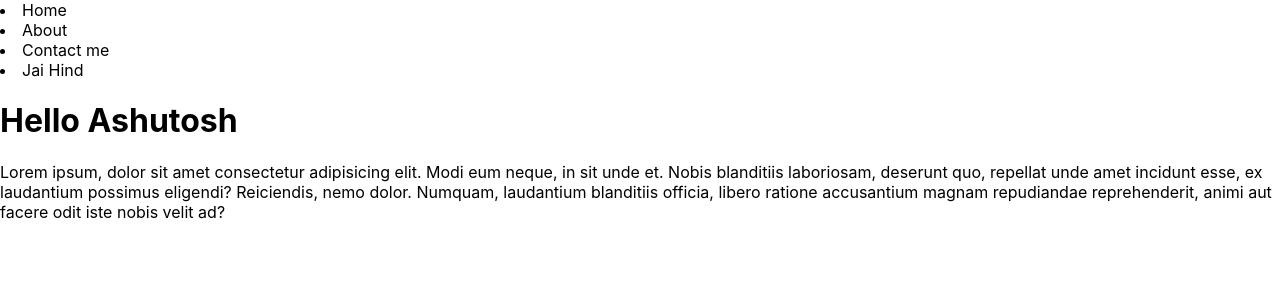
Repository: ASHUTOSH30LUV/news
Page: /
These files come from the project's save history. The page is drawn as it stood at one moment and after the next save; the edit follows.
The browser window is 1280 px wide. The pictures show the whole page.
The project was rebuilt for these pictures with package versions that can differ from the ones it lists, and the page was loaded fresh each time. Also part of the build but not shown: src/App.css.

Above is the page before, as saved 2024-07-27 17:39:31.

### public/index.html
<!DOCTYPE html>
<html lang="en">
  <head>
    <meta charset="utf-8" />
    <link rel="icon" href="%PUBLIC_URL%/favicon.ico" />
    <meta name="viewport" content="width=device-width, initial-scale=1" />
    <meta name="theme-color" content="#000000" />
    <meta
      name="description"
      content="Web site created using create-react-app"
    />
    <link rel="apple-touch-icon" href="%PUBLIC_URL%/logo192.png" />
    <!--
      manifest.json provides metadata used when your web app is installed on a
      user's mobile device or desktop. See https://developers.google.com/web/fundamentals/web-app-manifest/
    -->
    <link rel="manifest" href="%PUBLIC_URL%/manifest.json" />
    <!--
      Notice the use of %PUBLIC_URL% in the tags above.
      It will be replaced with the URL of the `public` folder during the build.
      Only files inside the `public` folder can be referenced from the HTML.

      Unlike "/favicon.ico" or "favicon.ico", "%PUBLIC_URL%/favicon.ico" will
      work correctly both with client-side routing and a non-root public URL.
      Learn how to configure a non-root public URL by running `npm run build`.
    -->
    <title>React App</title>
  </head>
  <body>
    <noscript>You need to enable JavaScript to run this app.</noscript>
    <div id="root"></div>
    <!--
      This HTML file is a template.
      If you open it directly in the browser, you will see an empty page.

      You can add webfonts, meta tags, or analytics to this file.
      The build step will place the bundled scripts into the <body> tag.

      To begin the development, run `npm start` or `yarn start`.
      To create a production bundle, use `npm run build` or `yarn build`.
    -->
  </body>
  <script src="https://cdn.jsdelivr.net/npm/bootstrap@5.3.3/dist/js/bootstrap.bundle.min.js" integrity="sha384-YvpcrYf0tY3lHB60NNkmXc5s9fDVZLESaAA55NDzOxhy9GkcIdslK1eN7N6jIeHz" crossorigin="anonymous"></script>
</html>

### src/App.js
// import logo from './logo.svg';
import './App.css';

let name = "Ashutosh";
function App() {
  return (
    <>
    <nav>
      <li>Home</li>
      <li>About</li>
      <li>Contact me</li>
      <li>Jai Hind</li>
    </nav>
    <div className="container">
      <h1>Hello {name}</h1>
      <p>Lorem ipsum, dolor sit amet consectetur adipisicing elit. Modi eum neque, in sit unde et. Nobis blanditiis laboriosam, deserunt quo, repellat unde amet incidunt esse, ex laudantium possimus eligendi? Reiciendis, nemo dolor. Numquam, laudantium blanditiis officia, libero ratione accusantium magnam repudiandae reprehenderit, animi aut facere odit iste nobis velit ad?</p>
    </div>
    </>
  );
}

export default App;

Loaded but not shown: src/index.js (common file); src/index.css (common file); src/reportWebVitals.js (common file)

After the next save:
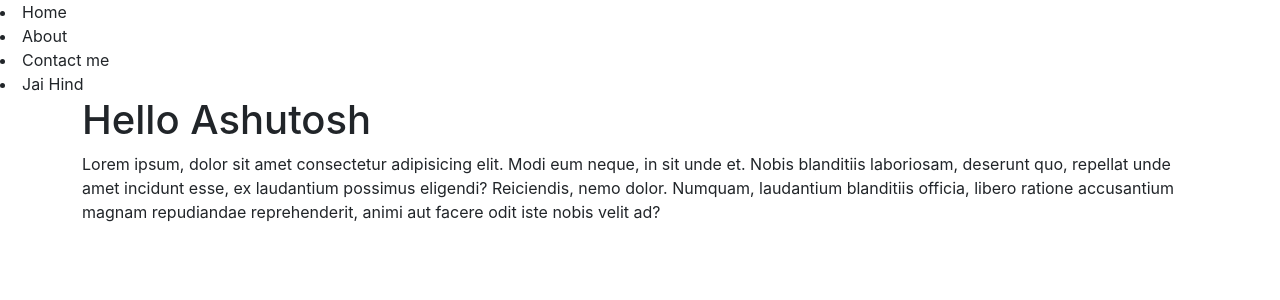
Saved 119 s later.
--- a/public/index.html
+++ b/public/index.html
@@ -10,35 +10,13 @@
       content="Web site created using create-react-app"
     />
     <link rel="apple-touch-icon" href="%PUBLIC_URL%/logo192.png" />
-    <!--
-      manifest.json provides metadata used when your web app is installed on a
-      user's mobile device or desktop. See https://developers.google.com/web/fundamentals/web-app-manifest/
-    -->
     <link rel="manifest" href="%PUBLIC_URL%/manifest.json" />
-    <!--
-      Notice the use of %PUBLIC_URL% in the tags above.
-      It will be replaced with the URL of the `public` folder during the build.
-      Only files inside the `public` folder can be referenced from the HTML.
-
-      Unlike "/favicon.ico" or "favicon.ico", "%PUBLIC_URL%/favicon.ico" will
-      work correctly both with client-side routing and a non-root public URL.
-      Learn how to configure a non-root public URL by running `npm run build`.
-    -->
+    <link href="https://cdn.jsdelivr.net/npm/bootstrap@5.3.3/dist/css/bootstrap.min.css" rel="stylesheet" integrity="sha384-QWTKZyjpPEjISv5WaRU9OFeRpok6YctnYmDr5pNlyT2bRjXh0JMhjY6hW+ALEwIH" crossorigin="anonymous">
     <title>React App</title>
   </head>
   <body>
     <noscript>You need to enable JavaScript to run this app.</noscript>
     <div id="root"></div>
-    <!--
-      This HTML file is a template.
-      If you open it directly in the browser, you will see an empty page.
-
-      You can add webfonts, meta tags, or analytics to this file.
-      The build step will place the bundled scripts into the <body> tag.
-
-      To begin the development, run `npm start` or `yarn start`.
-      To create a production bundle, use `npm run build` or `yarn build`.
-    -->
+    <script src="https://cdn.jsdelivr.net/npm/bootstrap@5.3.3/dist/js/bootstrap.bundle.min.js" integrity="sha384-YvpcrYf0tY3lHB60NNkmXc5s9fDVZLESaAA55NDzOxhy9GkcIdslK1eN7N6jIeHz" crossorigin="anonymous"></script>
   </body>
-  <script src="https://cdn.jsdelivr.net/npm/bootstrap@5.3.3/dist/js/bootstrap.bundle.min.js" integrity="sha384-YvpcrYf0tY3lHB60NNkmXc5s9fDVZLESaAA55NDzOxhy9GkcIdslK1eN7N6jIeHz" crossorigin="anonymous"></script>
 </html>
